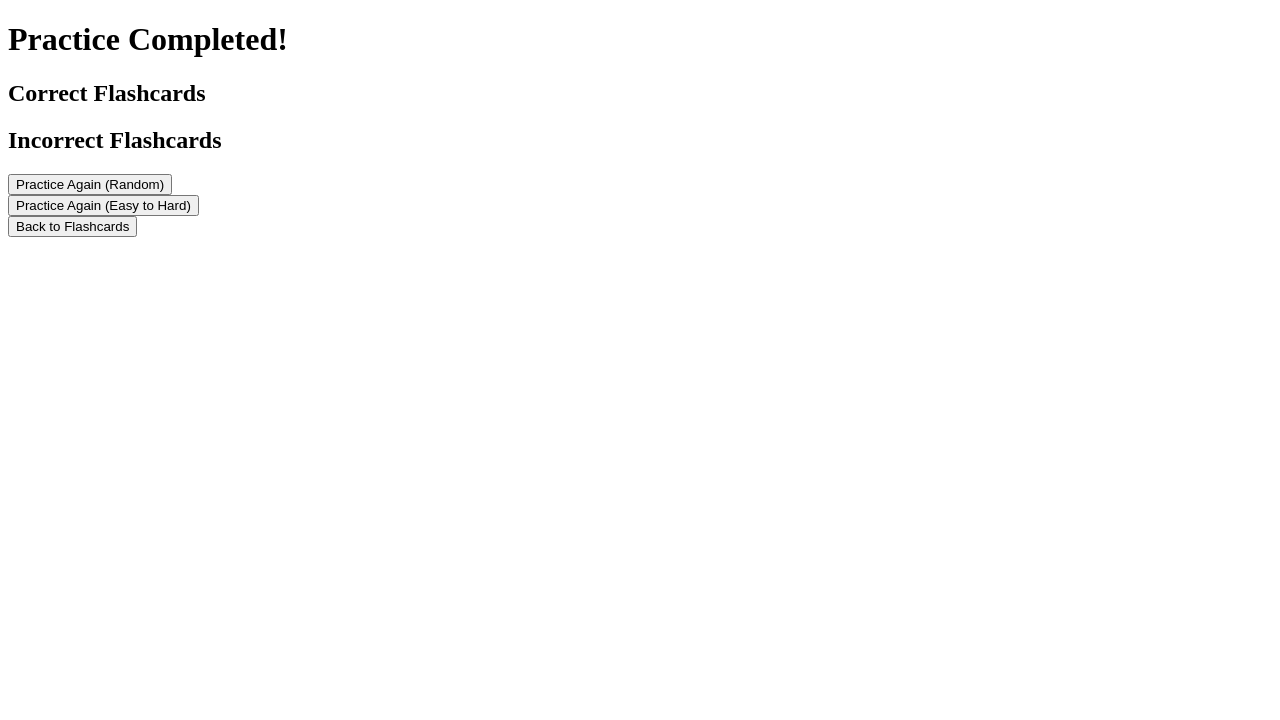
Repository: Oriyin/Algorithm_StudyHelper
Page: http://localhost/practice_completed
These files come from the project's save history. The page is drawn as it stood at one moment and after the next save; the edit follows.
The browser window is 1280 px wide. The pictures show the whole page.
The page is served by the project's application, run on Flask 3 (backend/app.py).

Above is the page before, as saved 2024-10-11 14:24:01.

After the next save:
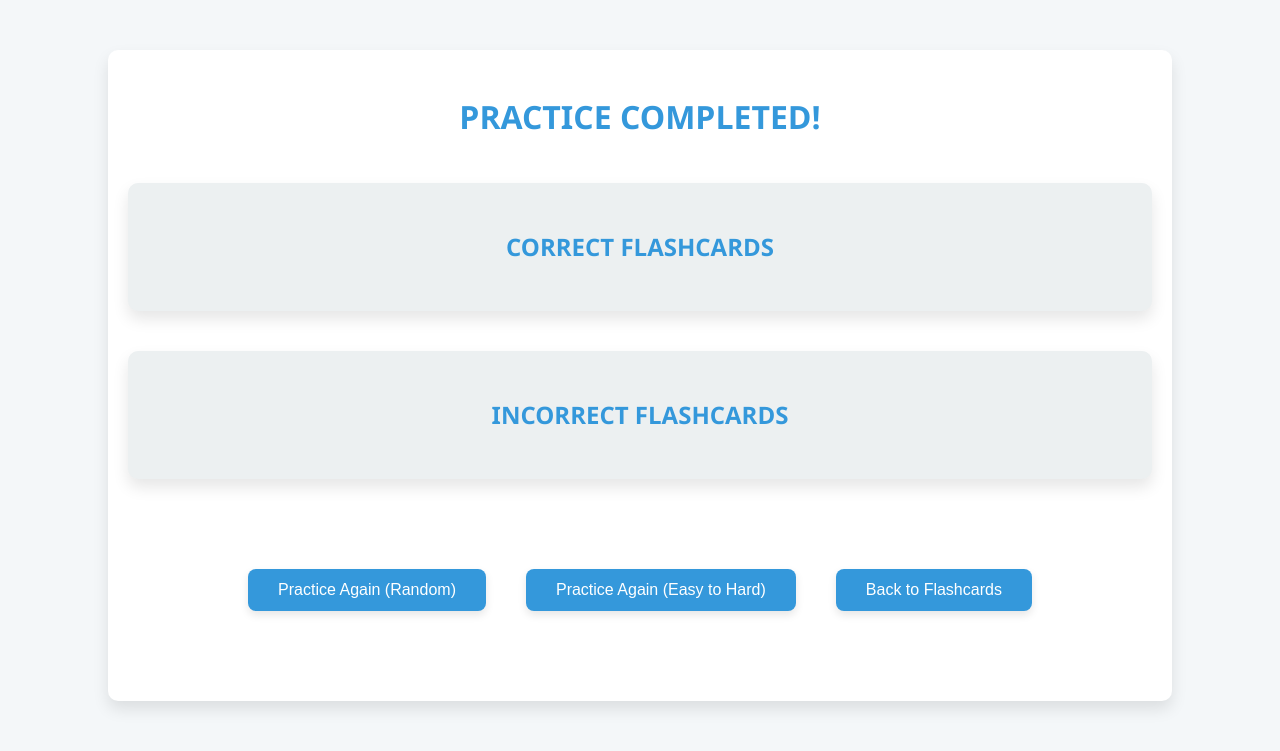
Saved 17 s later.
--- a/templates/practice_completed.html
+++ b/templates/practice_completed.html
@@ -4,38 +4,49 @@
     <meta charset="UTF-8">
     <meta name="viewport" content="width=device-width, initial-scale=1.0">
     <title>Practice Completed</title>
+    <link rel="stylesheet" type="text/css" href="{{ url_for('static', filename='flashstyle.css') }}">
 </head>
 <body>
-    <h1>Practice Completed!</h1>
+    <div class="container">
+        <h1>Practice Completed!</h1>
 
-    <!-- Display results for correct and incorrect flashcards -->
-    <h2>Correct Flashcards</h2>
-    <ul>
-        {% for flashcard in correct_flashcards %}
-            <li>{{ flashcard.term }} - {{ flashcard.meaning }} ({{ flashcard.difficulty }})</li>
-        {% endfor %}
-    </ul>
+        <!-- Display results for correct and incorrect flashcards -->
+        <div class="task-columns">
+            <div class="todo-column">
+                <h2>Correct Flashcards</h2>
+                <ul>
+                    {% for flashcard in correct_flashcards %}
+                        <li><strong>{{ flashcard.term }}</strong> - {{ flashcard.meaning }} ({{ flashcard.difficulty }})</li>
+                    {% endfor %}
+                </ul>
+            </div>
 
-    <h2>Incorrect Flashcards</h2>
-    <ul>
-        {% for flashcard in incorrect_flashcards %}
-            <li>{{ flashcard.term }} - {{ flashcard.meaning }} ({{ flashcard.difficulty }}) - Incorrect Count: {{ flashcard.incorrect_count }}</li>
-        {% endfor %}
-    </ul>
+            <div class="todo-column">
+                <h2>Incorrect Flashcards</h2>
+                <ul>
+                    {% for flashcard in incorrect_flashcards %}
+                        <li><strong>{{ flashcard.term }}</strong> - {{ flashcard.meaning }} ({{ flashcard.difficulty }}) - Incorrect Count: {{ flashcard.incorrect_count }}</li>
+                    {% endfor %}
+                </ul>
+            </div>
+        </div>
 
-    <!-- Button for practicing again with random order -->
-    <form method="GET" action="{{ url_for('practice_again_random') }}">
-        <button type="submit">Practice Again (Random)</button>
-    </form>
+        <!-- Button for practicing again with random order -->
+        <div class="button-container">
+            <form method="GET" action="{{ url_for('practice_again_random') }}">
+                <button type="submit" class="btn">Practice Again (Random)</button>
+            </form>
 
-    <!-- Button for practicing again sorted by difficulty (Easy to Hard) -->
-    <form method="GET" action="{{ url_for('practice_again_easy_to_hard') }}">
-        <button type="submit">Practice Again (Easy to Hard)</button>
-    </form>
+            <!-- Button for practicing again sorted by difficulty (Easy to Hard) -->
+            <form method="GET" action="{{ url_for('practice_again_easy_to_hard') }}">
+                <button type="submit" class="btn">Practice Again (Easy to Hard)</button>
+            </form>
 
-    <!-- Button to go back to the flashcards main page -->
-    <form method="GET" action="{{ url_for('manage_flashcards') }}">
-        <button type="submit">Back to Flashcards</button>
-    </form>
+            <!-- Button to go back to the flashcards main page -->
+            <form method="GET" action="{{ url_for('manage_flashcards') }}">
+                <button type="submit" class="btn">Back to Flashcards</button>
+            </form>
+        </div>
+    </div>
 </body>
 </html>
